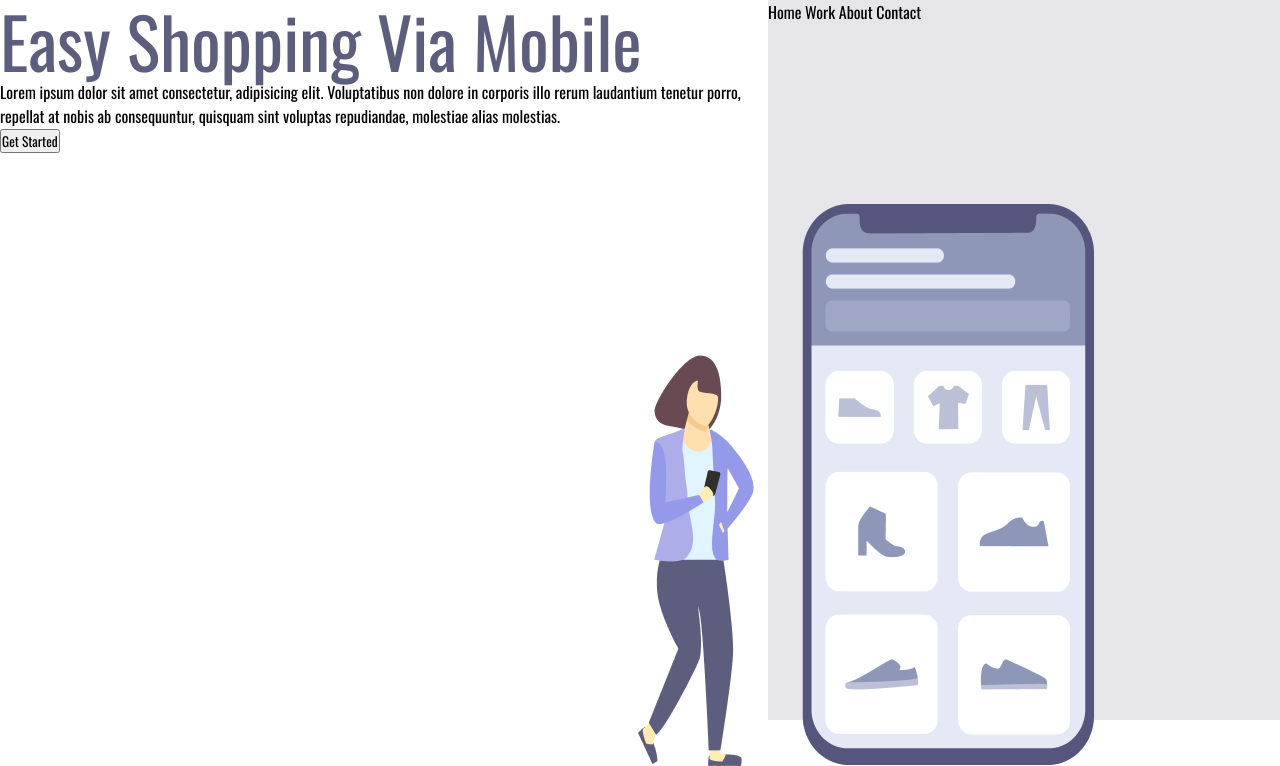
Repository: DihOliver/Projeto-Responsivo
Page: index.html
The author's editor kept a copy of each file at every save. The page is drawn from the files as they stood at one save, then again after the next save.
The browser window is 1280 px wide. The pictures show the whole page.
Some web fonts or font styles are not loaded; a fallback is used.

Above is the page before, as saved 2023-06-06 22:08:24.

### index.html
<!DOCTYPE html>
<html lang="en">
  <head>
    <meta charset="UTF-8" />
    <meta http-equiv="X-UA-Compatible" content="IE=edge" />
    <meta name="viewport" content="width=device-width, initial-scale=1.0" />
    <link rel="stylesheet" href="./styles.css" />
    <link rel="preconnect" href="https://fonts.googleapis.com" />
    <link rel="preconnect" href="https://fonts.gstatic.com" crossorigin />
    <link
      href="https://fonts.googleapis.com/css2?family=Montserrat:ital,wght@0,500;0,600;0,700;0,900;1,400&family=Oswald&family=Poppins:wght@400;500;700&family=Roboto:wght@400;500;700&family=Tilt+Prism&display=swap"
      rel="stylesheet"
    />
    <title>Css - Responsividade</title>
  </head>
  <body>
    <div class="wrapper">
      <section class="container-left">
        <h1>Easy Shopping Via Mobile</h1>
        <p>
          Lorem ipsum dolor sit amet consectetur, adipisicing elit. Voluptatibus
          non dolore in corporis illo rerum laudantium tenetur porro, repellat
          at nobis ab consequuntur, quisquam sint voluptas repudiandae,
          molestiae alias molestias.
        </p>
        <button>Get Started</button>
      </section>
      <section class="container-rigth">
        <header>
          <a>Home</a>
          <a>Work</a>
          <a>About</a>
          <a>Contact</a>
        </header>
        <img alt="Girl=cellphone.png" src="./img/girl-cellphone.png" />
      </section>
    </div>
  </body>
</html>

### styles.css
*{
    margin: 0;
    padding: 0;
    box-sizing: border-box;
    font-family: 'Oswald', sans-serif;
}

.wrapper {
    height: 100vh;
    width: 100vw;
}

.container-left {
    display: inline-block;
    width: 60%;

}

.container-rigth {
    display: inline-block;
    background-color: rgba(93,93,125,0.16);
    height: 100vh;
    width: 40% ;
    position: absolute;

}

img {
    position: relative;
    top: 25%;
    right: 130px;
}

h1 {
    font-weight: 400;
    font-size: 70px;
    line-height: 80px;
    color: #5D5D7D;
}

After the next save:
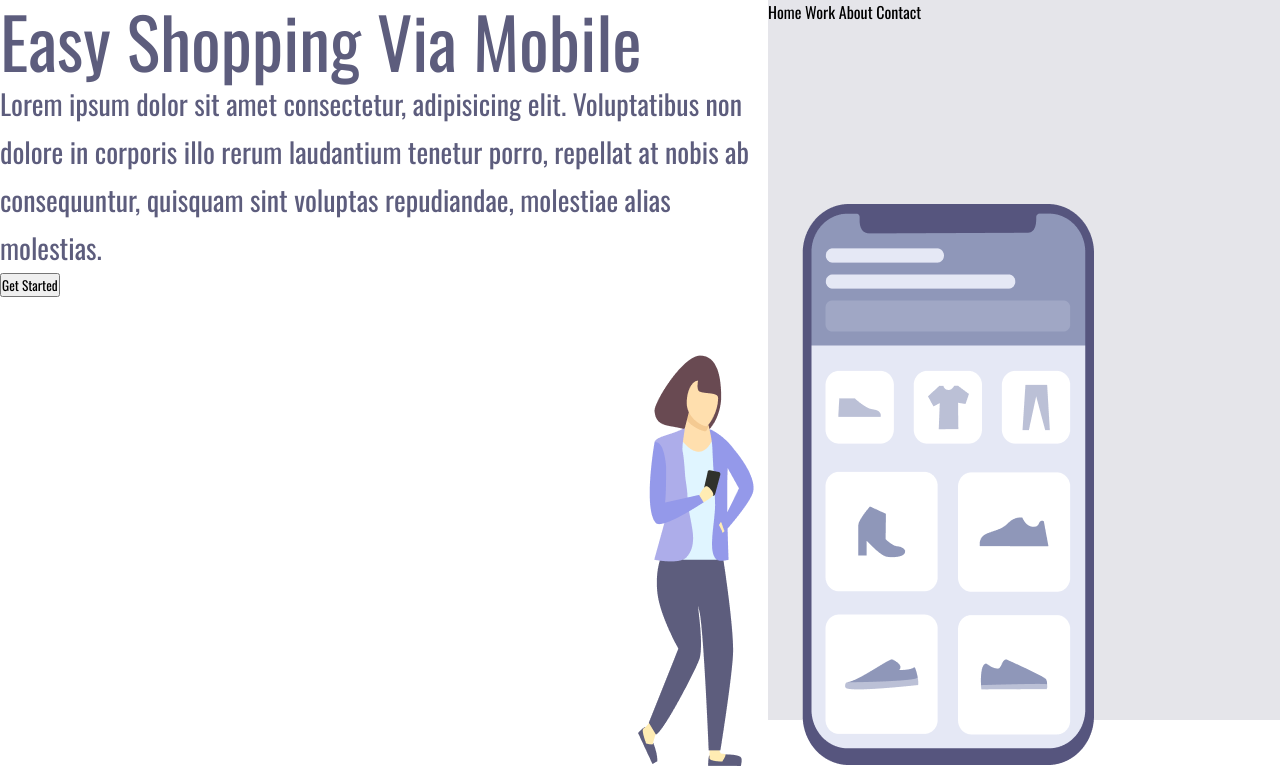
Saved 29 s later.
--- a/styles.css
+++ b/styles.css
@@ -37,3 +37,10 @@ h1 {
     line-height: 80px;
     color: #5D5D7D;
 }
+
+p {
+    font-weight: 400;
+    font-size: 28px;
+    line-height: 48px;
+    color: #5D5D7D;
+}
